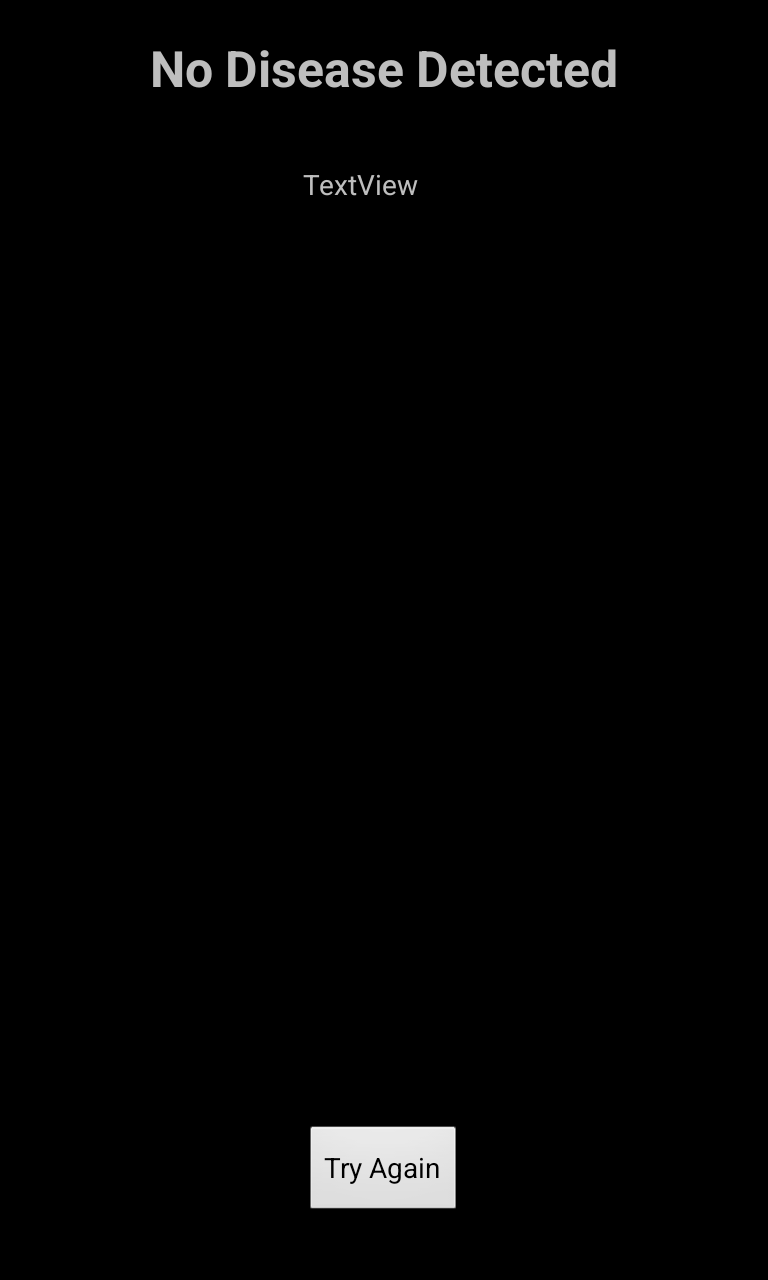
Repository: cephas-digital/phytosenseit
Layout: Eclipse Project /phyto_sense_it/res/layout/noresults.xml
These files come from the project's save history. The layout is drawn as it stood at one moment and after the next save; the edit follows.
It is drawn on a 768 x 1280 px phone screen (xhdpi) without system bars, with theme android:Theme.NoTitleBar.Fullscreen; the app's code is not run.

Above is the layout before, as saved 2015-07-27 20:53:38.

### Eclipse Project /phyto_sense_it/res/layout/noresults.xml
<?xml version="1.0" encoding="utf-8"?>
<RelativeLayout xmlns:android="http://schemas.android.com/apk/res/android"
    android:layout_width="match_parent"
    android:layout_height="match_parent" >

    <TextView
        android:id="@+id/textView1"
        android:layout_width="wrap_content"
        android:layout_height="wrap_content"
        android:layout_alignParentTop="true"
        android:layout_centerHorizontal="true"
        android:layout_marginTop="17dp"
        android:text="No Disease Detected"
        android:textStyle="bold"
        android:textSize="25sp" />

    <Button
        android:id="@+id/button2"
        android:layout_width="wrap_content"
        android:layout_height="wrap_content"
        android:layout_alignParentBottom="true"
        android:layout_centerHorizontal="true"
        android:layout_marginBottom="30dp"
        android:layout_marginTop="16dp"
        android:text="Try Again" />

    <TextView
        android:id="@+id/textView2"
        android:layout_width="wrap_content"
        android:layout_height="wrap_content"
        android:layout_alignLeft="@+id/button2"
        android:layout_below="@+id/textView1"
        android:layout_marginTop="32dp"
        android:text="TextView" />

</RelativeLayout>

After the next save:
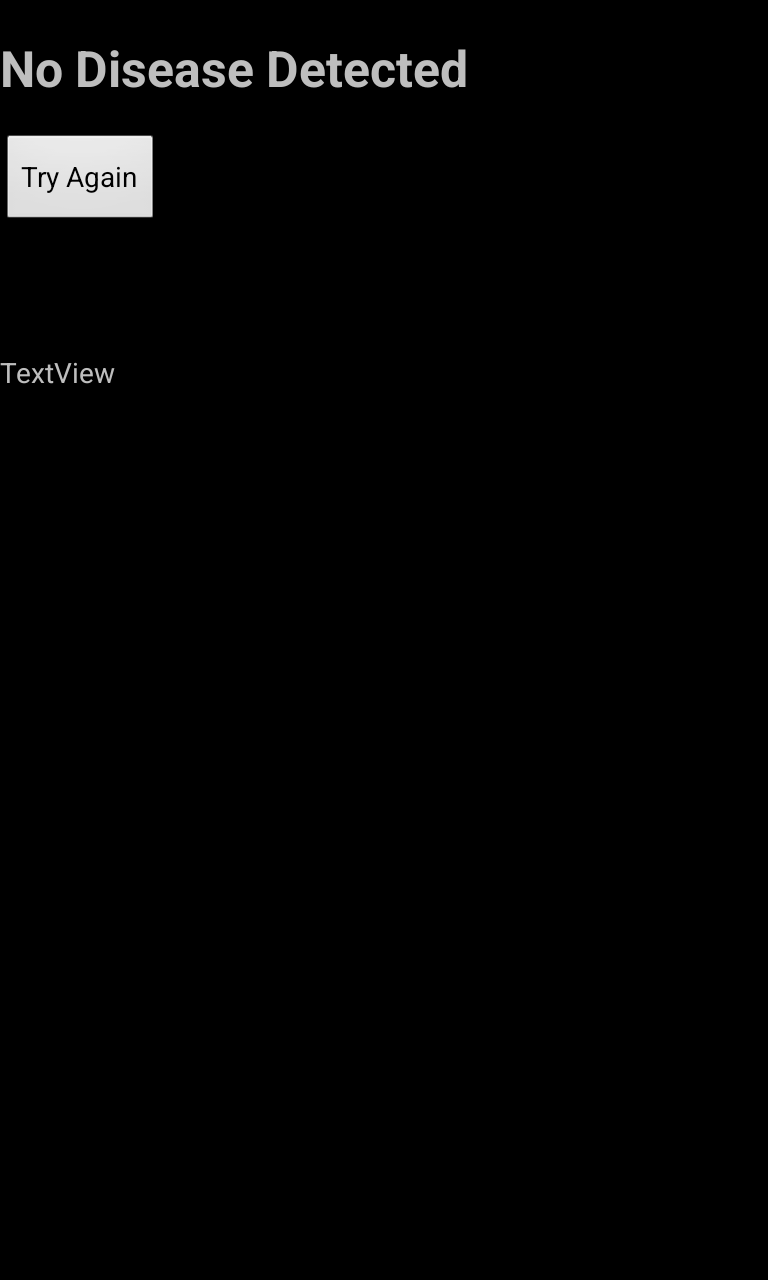
Saved 29 s later.
--- a/Eclipse Project /phyto_sense_it/res/layout/noresults.xml
+++ b/Eclipse Project /phyto_sense_it/res/layout/noresults.xml
@@ -1,9 +1,9 @@
 <?xml version="1.0" encoding="utf-8"?>
-<RelativeLayout xmlns:android="http://schemas.android.com/apk/res/android"
+<LinearLayout xmlns:android="http://schemas.android.com/apk/res/android"
     android:layout_width="match_parent"
-    android:layout_height="match_parent" >
-
-    <TextView
+    android:layout_height="match_parent"
+    android:orientation="vertical" >
+        <TextView
         android:id="@+id/textView1"
         android:layout_width="wrap_content"
         android:layout_height="wrap_content"
@@ -33,4 +33,4 @@
         android:layout_marginTop="32dp"
         android:text="TextView" />
 
-</RelativeLayout>
+</LinearLayout>

After the save that followed:
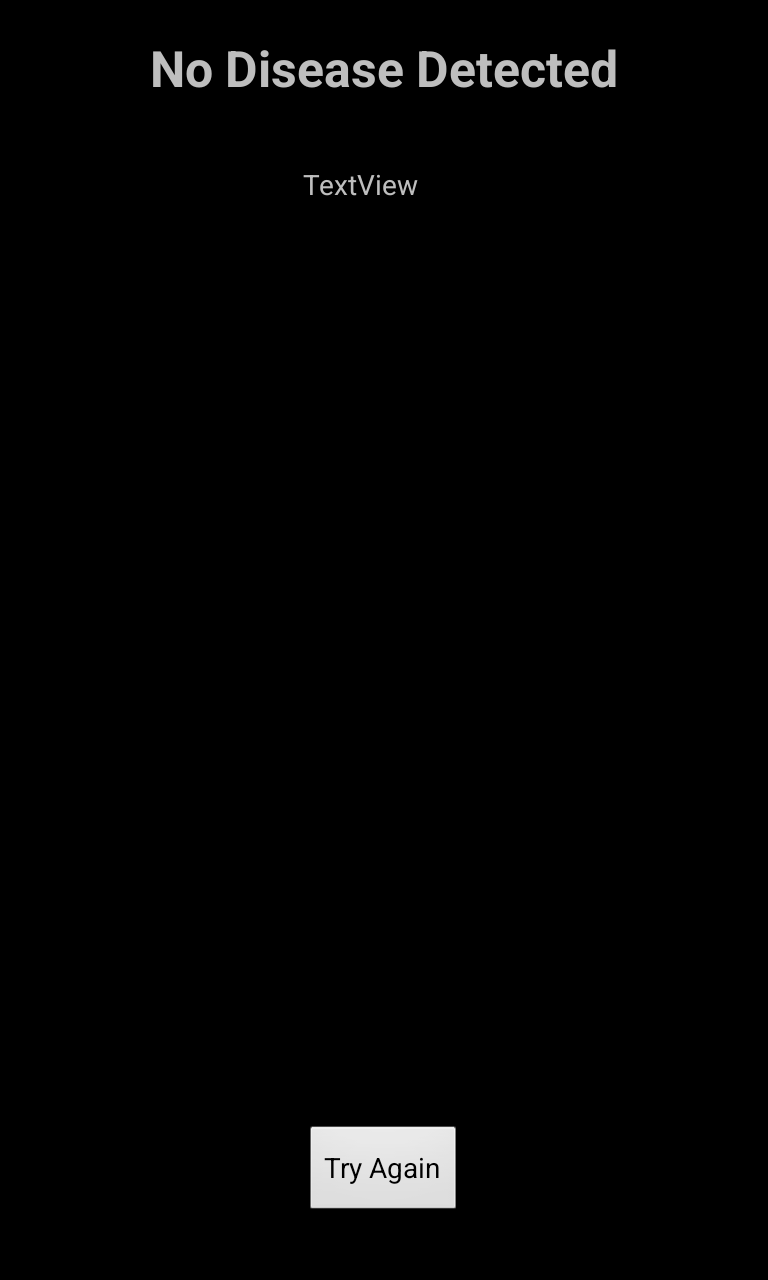
Saved 33 s later.
--- a/Eclipse Project /phyto_sense_it/res/layout/noresults.xml
+++ b/Eclipse Project /phyto_sense_it/res/layout/noresults.xml
@@ -1,5 +1,5 @@
 <?xml version="1.0" encoding="utf-8"?>
-<LinearLayout xmlns:android="http://schemas.android.com/apk/res/android"
+<RelativeLayout xmlns:android="http://schemas.android.com/apk/res/android"
     android:layout_width="match_parent"
     android:layout_height="match_parent"
     android:orientation="vertical" >
@@ -33,4 +33,4 @@
         android:layout_marginTop="32dp"
         android:text="TextView" />
 
-</LinearLayout>
+</RelativeLayout>
